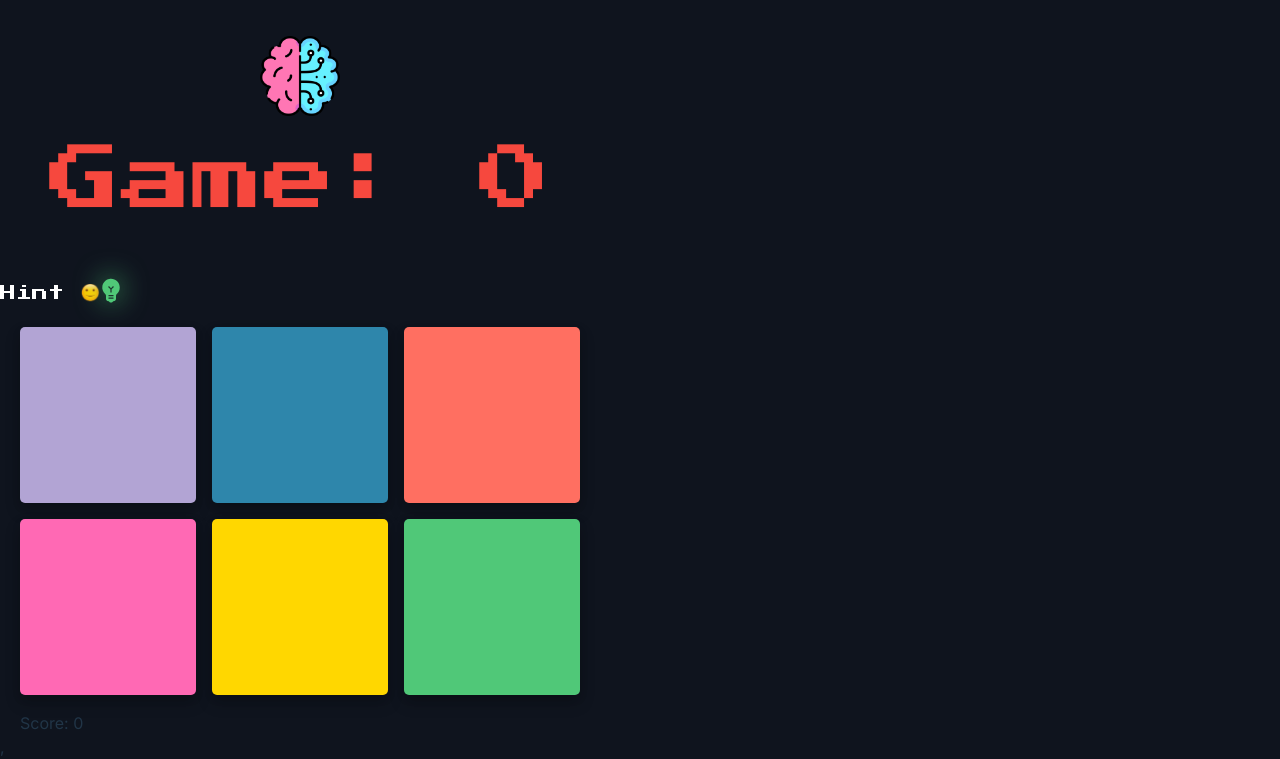
Repository: Shenixo/Color_match_game
Page: /game_play
An editor plug-in stored every save of this project. The page is shown before and after a run of saves, followed by the edit.
The browser window is 1280 px wide. The pictures show the whole page.
The project was rebuilt for these pictures with package versions that can differ from the ones it lists, and the page was loaded fresh each time. Also part of the build but not shown: vite.config.js, src/Components/Tab/Tab.css, src/Components/Tab/Tab.jsx, src/Pages/Home/Home.jsx, src/Pages/Rules/Rules.css, src/Pages/Rules/Rules.jsx, src/Pages/Sound/Sound.jsx. Imported but missing from the stored project, and not drawn on this page: src/assets/button_clicks.wav, src/assets/game_theme_sound.mp4.

Above is the page before, as saved 2025-02-04 02:17:24.

### index.html
<!DOCTYPE html>
<html lang="en">
  <head>
    <meta charset="UTF-8" />
    <link rel="icon" type="image/svg+xml" href="/vite.svg" />
    <meta name="viewport" content="width=device-width, initial-scale=1.0" />
    <link rel="preconnect" href="https://fonts.googleapis.com" />
    <link rel="preconnect" href="https://fonts.gstatic.com" crossorigin />
    <link rel="preconnect" href="https://fonts.googleapis.com">
<link rel="preconnect" href="https://fonts.gstatic.com" crossorigin>
<link href="https://fonts.googleapis.com/css2?family=Inter:ital,opsz,wght@0,14..32,100..900;1,14..32,100..900&family=Poppins:ital,wght@0,100;0,200;0,300;0,400;0,500;0,600;0,700;0,800;0,900;1,100;1,200;1,300;1,400;1,500;1,600;1,700;1,800;1,900&family=Press+Start+2P&display=swap" rel="stylesheet">
    <title>Color Match</title>
  </head>
  <body>
    <div id="root"></div>
    <script type="module" src="/src/main.jsx"></script>
  </body>
</html>

### src/App.jsx
import { Route, Routes } from "react-router-dom";
import "./App.css";
import Home from "./Pages/Home/Home";
import Rules from "./Pages/Rules/Rules";
import Sound from "./Pages/Sound/Sound";
import GamePlay from "./Pages/GamePlay/GamePlay";

function App() {
  return (
    <div>
      <Routes>
        <Route path="/" element={<Home />} />
        <Route path="/game_play" element={<GamePlay/>}/>
        <Route path="/rules" element={<Rules />} />
        <Route path="/sound" element={<Sound />} />
      </Routes>
    </div>
  );
}

export default App;

### src/App.css
*{
  padding: 0;
  margin: 0;
  box-sizing: border-box;
  font-family: "Inter", serif;
}
body{
  background: #0f141e;
}

### src/Pages/GamePlay/GamePlay.jsx
import {Card, listenForScoreUpdates } from "../../Components/Card/Card"
import Title from "../../Components/Title/Title"
import "./GamePlay.css"
import ScoreNdColorBox from "../../Components/ScoreNdColorBox/ScoreNdColorBox"
import { useEffect, useState } from "react"

const GamePlay = () => {
  const [score, setScore] = useState(0);
  useEffect(() => {
    listenForScoreUpdates(setScore);
  }, []);
  return (
    <div>
      <div className="container">
        <Title content={`Game: ${score}`} />
        <div className="game-tab">
        <ScoreNdColorBox/>
        </div>
        <Card/>
      </div>
    </div>
  )
}

export default GamePlay

### src/Components/Title/Title.jsx
/* eslint-disable react/prop-types */
import "./Title.css"
import brain from "../../assets/brain.png"
import { Link } from "react-router-dom"
import { TabClick } from "../../Components/Sound/Sound";
const Title = ({content}) => {
  return (
    <div className="title">
          <h1>{content}</h1>
          <Link to="/">
          <img src={brain} onClick={TabClick} alt="Brain image" width={80} />
          </Link>
    </div>
  )
}

export default Title

### src/Pages/Home/Home.css
.home{
    width: 100%;
    max-height: 100svh;
}
.container{
    display: flex;
    align-items: center;
    justify-content: center;
    margin-top: 6%;
    flex-direction: column;
    gap: 1rem;
}

### src/Components/Sound/Sound.jsx
import Game_sound from "../../assets/game_theme_sound.mp4";
import Tab_sound from "../../assets/button_clicks.wav";

let game_theme = new Audio(Game_sound);
game_theme.loop = true;
const GameTheme = () => {
  if (game_theme.paused) {
    game_theme.play();
  } else {
    game_theme.pause();
    game_theme.currentTime = 0;
  }
};


const TabClick = () => {
  const tab_clicks = new Audio(Tab_sound)
  tab_clicks.play()
}
export { GameTheme, TabClick };

### src/Components/Card/Card.jsx
import { useState, useEffect } from "react";
import "./Card.css";
import { TabClick } from "../../Components/Sound/Sound";

const fineColors = [
  "#2E86AB",
  "#FF6F61",
  "#50C878",
  "#B2A4D4",
  "#FFD700",
  "#FF69B4",
];

let score = 0;
const setGlobalScore = (newScore) => {
  score = newScore;
  document.dispatchEvent(new CustomEvent("scoreUpdated", { detail: score }));
};

const Card = () => {
  const cardArr = Array.from({ length: 6 });
  const [shuffledColors, setShuffledColors] = useState([...fineColors]);
  const [localScore, setLocalScore] = useState(score);
  const [chosenColor, setChosenColor] = useState(null);
  const [clickEnabled, setClickEnabled] = useState(false);
  const [showHint, setShowHint] = useState(true);

  useEffect(() => {
    startNewRound();
  }, []);

  const startNewRound = () => {
    setClickEnabled(false);
    setShowHint(true);

    const randomColor = fineColors[Math.floor(Math.random() * fineColors.length)];
    setChosenColor(randomColor);

    // Dispatch the chosen color event
    document.dispatchEvent(new CustomEvent("colorChosen", { detail: randomColor }));

    setTimeout(() => {
      const shuffled = [...fineColors].sort(() => Math.random() - 0.5);
      setShuffledColors(shuffled);
      setClickEnabled(true);
      setShowHint(false);
    }, 4000);
  };

  const handleWinState = () => {
    setLocalScore((prev) => {
      const newScore = prev + 1;
      setGlobalScore(newScore);
      return newScore;
    });
  };

  const handleLoseState = () => {
    setLocalScore((prev) => {
      const newScore = prev - 1;
      setGlobalScore(newScore);
      return newScore;
    });
  };

  const handleCheckPlayerClick = (clickedIndex) => {
    if (!clickEnabled) return;

    const clickedColor = shuffledColors[clickedIndex];

    if (clickedColor === chosenColor) {
      handleWinState();
    } else {
      handleLoseState();
    }

    TabClick();
    setClickEnabled(false);

    setTimeout(() => {
      startNewRound();
    }, 1000);
  };

  return (
    <div className="card">
      {cardArr.map((_, idx) => (
        <button
          onClick={() => handleCheckPlayerClick(idx)}
          className={showHint && shuffledColors[idx] === chosenColor ? "chosen_card" : ""}
          style={{ background: shuffledColors[idx] }}
          key={idx}
          disabled={!clickEnabled}
        />
      ))}
      <p>Score: {localScore}</p>
    </div>
  );
};

export { Card, setGlobalScore };

export const listenForScoreUpdates = (callback) => {
  document.addEventListener("scoreUpdated", (event) => {
    callback(event.detail);
  });
};

### src/Pages/GamePlay/GamePlay.css
.game-tab{
    display: flex;
    align-items: center;
    justify-content: space-between;
    width: 600px;
}

### src/Components/ScoreNdColorBox/ScoreNdColorBox.jsx
import ChosenColor from "../ChosenColorDisplay/ChosenColorDisplay"
import sadEmoji from "../../assets/emoji.png"
import "./ScoreNdColorBox.css";
const ScoreNdColorBox = () => {

  return (
    <div className="score_nd_color_box">
      <div className="target_card">
        <p>Hint</p>
        <img src={sadEmoji} width={20} alt="Sad emoji" />
        <ChosenColor/>
      </div>
    </div>
  );
};

export default ScoreNdColorBox;

### src/Components/Title/Title.css
.title {
  display: flex;
  align-items: center;
  gap: 1rem;
  color: #f6483e;
  font-size: 1.4rem;
  margin-bottom: 2.5rem;
  flex-direction: column-reverse;
}
.title h1 {
  font-family: "Press Start 2P", serif;
}

### src/Components/Card/Card.css
.card {
  display: grid;
  grid-template-columns: 1fr 1fr 1fr;
  gap: 1rem;
  transition: all 0.5s ease-in-out;
  justify-content: center;
  align-items: center;
  position: relative;
}
.card button {
  width: 11rem;
  cursor: pointer;
  height: 11rem;
  border-radius: 5px;
  transition: transform 0.5s ease-in-out, opacity 0.5s ease-in-out;
  box-shadow: 0px 8px 16px rgba(0, 0, 0, 0.2), 0px 4px 8px rgba(0, 0, 0, 0.1);
  transition: .5s;
  border: none;
}
.card div:active{
  scale: .85;
}

.chosen_card {
  animation: pulse 1.2s 3 ease-in-out;
}

@keyframes pulse {
  0% {
    transform: scale(1);
  }
  50% {
    transform: scale(1.1);
  }
  100% {
    transform: scale(1);
  }
}

.card.collapse div {
  transform: scale(0.1) translate(-50%, -50%);
  opacity: 0;
}

.card.spread div {
  transform: scale(1) translate(0, 0);
  opacity: 1;
}

@media only screen and (max-width: 880px) {
  .card {
    grid-template-columns: 1fr 1fr;
  }
}

### src/Components/ChosenColorDisplay/ChosenColorDisplay.jsx
import { useState, useEffect } from "react";
import EmojiObjectsIcon from "@mui/icons-material/EmojiObjects";

const ChosenColorDisplay = () => {
  const [chosenColor, setChosenColor] = useState(null);

  useEffect(() => {
    const handleColorChosen = (event) => {
      setChosenColor(event.detail);
    };
    document.addEventListener("colorChosen", handleColorChosen);
    return () => {
      document.removeEventListener("colorChosen", handleColorChosen);
    };
  }, []);
  return (
    <span>
      <EmojiObjectsIcon
        style={{
          color: chosenColor || "#ccc",
          fontSize: 30,
          marginLeft: "-20px",
          filter: chosenColor
            ? `drop-shadow(0px 0px 14px ${chosenColor})`
            : "none",
          transition: "filter 0.3s ease-in-out",
        }}
      />
    </span>
  );
};

export default ChosenColorDisplay;

### src/Components/ScoreNdColorBox/ScoreNdColorBox.css

.random_card{
    border-radius: 5px;
    height: 2.4rem;
    width: 2.4rem;
}
.target_card{
    display: flex;
    align-items: center;
    gap: 1rem;
    font-size: 1rem;
    color: white;
}
.target_card p{
    font-family: "Press Start 2P", serif;

}

Loaded but not shown: src/main.jsx (common file); src/index.css (common file)

After the next 2 saves:
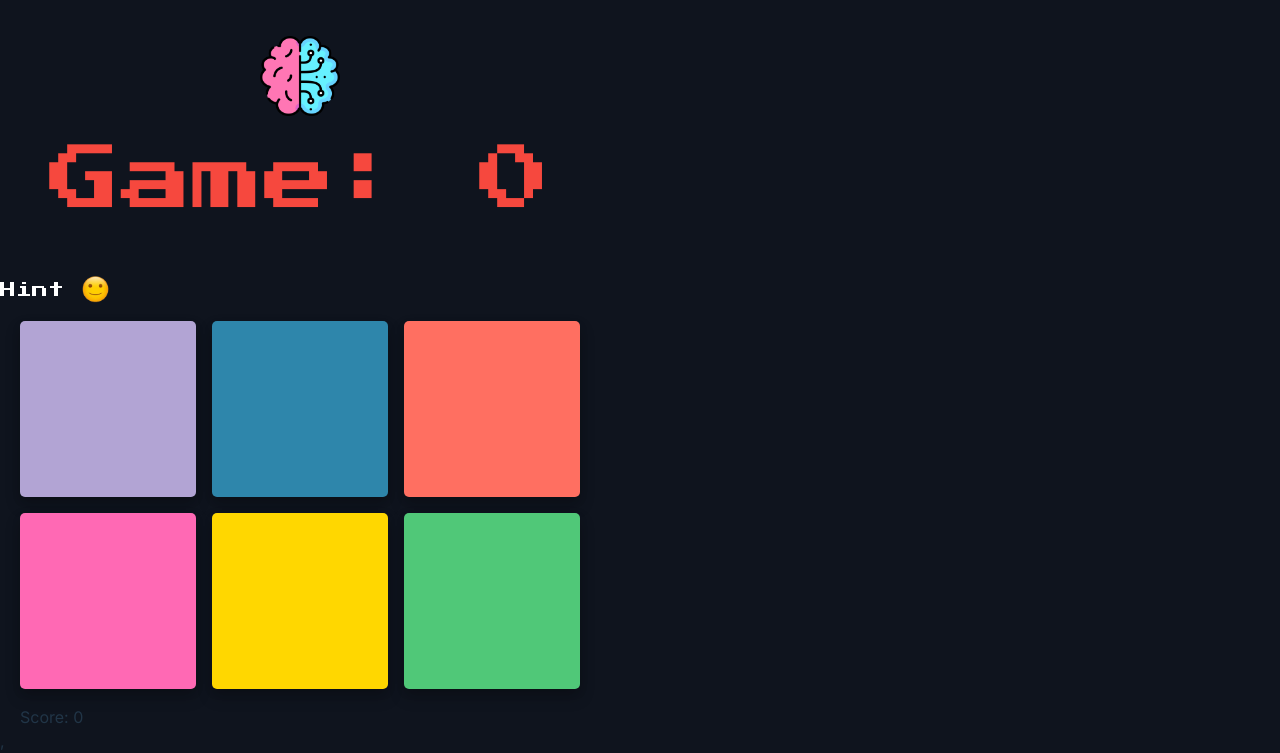
The 2 saves are shown as one change because they came seconds apart.
The last was saved 17 s later.
--- a/src/Components/ScoreNdColorBox/ScoreNdColorBox.jsx
+++ b/src/Components/ScoreNdColorBox/ScoreNdColorBox.jsx
@@ -7,8 +7,8 @@ const ScoreNdColorBox = () => {
     <div className="score_nd_color_box">
       <div className="target_card">
         <p>Hint</p>
-        <img src={sadEmoji} width={20} alt="Sad emoji" />
-        <ChosenColor/>
+        <img src={sadEmoji} width={30} alt="Sad emoji" />
+        {/* <ChosenColor/> */}
       </div>
     </div>
   );
